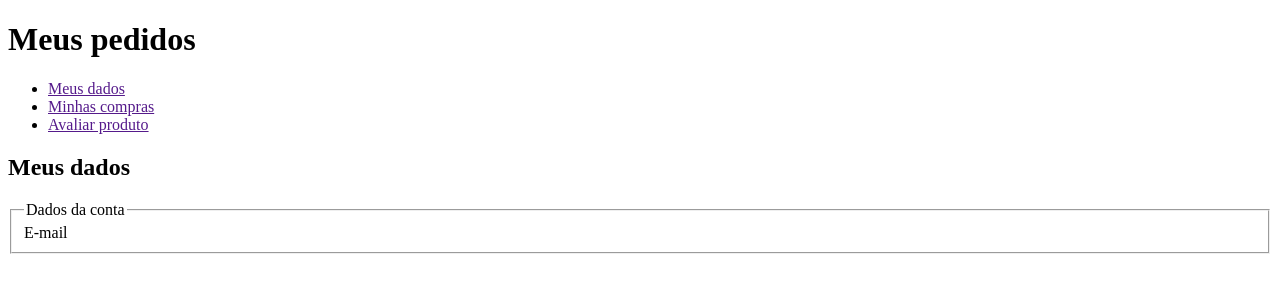
Repository: claudemir-camargo/site-compras
Page: index.html
An editor plug-in stored every save of this project. The page is shown before and after the next save, followed by the edit.
The browser window is 1280 px wide. The pictures show the whole page.

Above is the page before, as saved 2024-02-27 20:09:46.

After the next save:
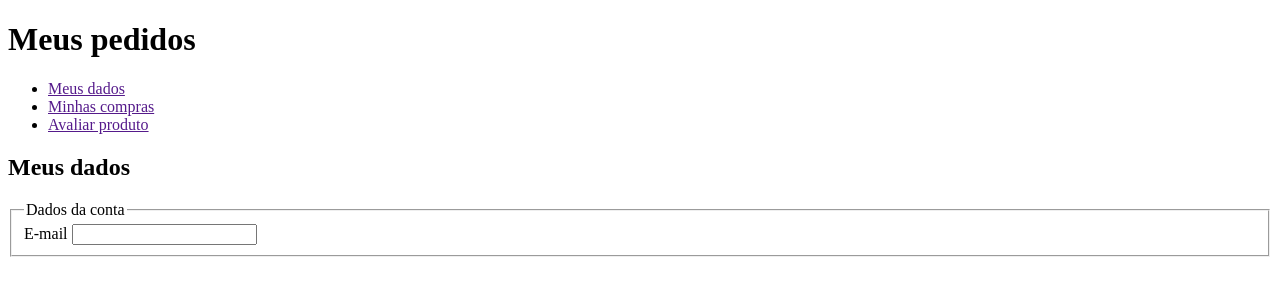
Saved 43 s later.
--- a/index.html
+++ b/index.html
@@ -17,6 +17,7 @@
         <legend>Dados da conta</legend>
         <form>
             <label>E-mail</label>
+            <input type="email" id="email" name="email">
         </form>
     </fieldset>
 </body>
